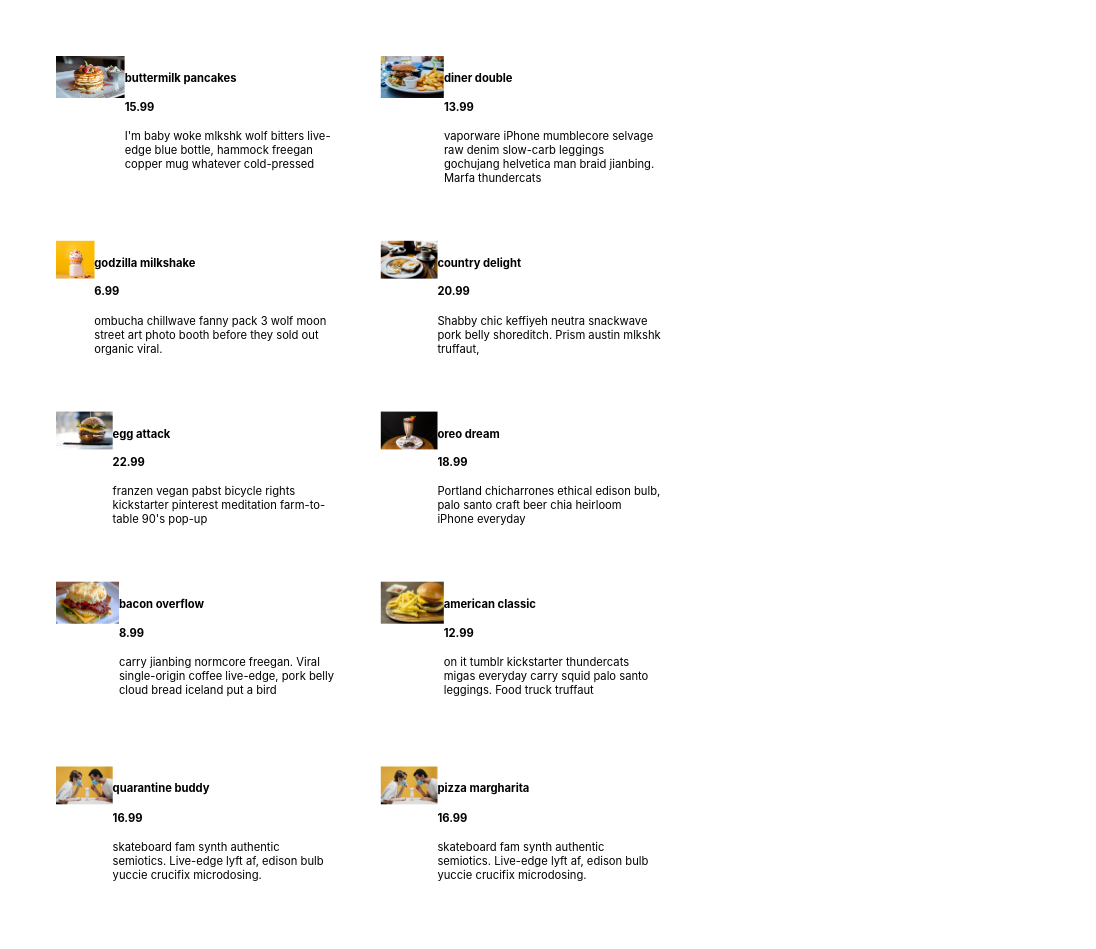
Repository: gligor99/menu-ts-react
Page: /
These files come from the project's save history. The page is drawn as it stood at one moment and after the next save; the edit follows.
The browser window is 1280 px wide. The page is 1280 px wide, then 1566 px, so the pictures cover 1566 px, including what lies to the right of the window. The pictures show the part of the page from y = 0 to 1560 px (the page is 1355 px tall before and 4332 px after), at 70% of full size.
The project was rebuilt for these pictures with package versions that can differ from the ones it lists, and the page was loaded fresh each time.

Above is the page before, as saved 2021-11-24 23:01:00.

After the next save:
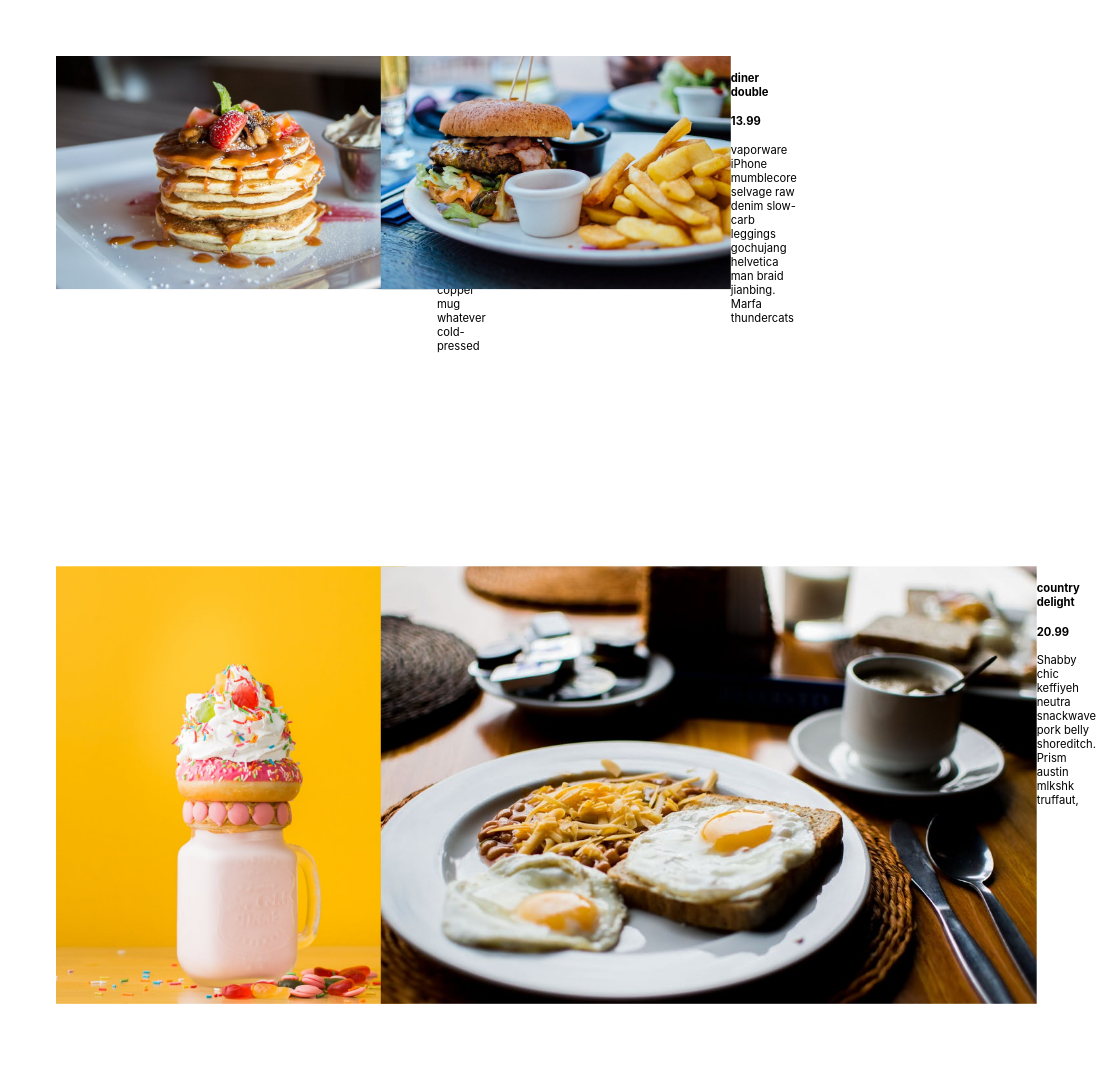
Saved 6 s later.
--- a/src/index.css
+++ b/src/index.css
@@ -29,6 +29,6 @@ code {
 
 
 img{
-  height: 30%;
-  width: 30%;
+  height: 50%;
+  width: 50%s;
 }
